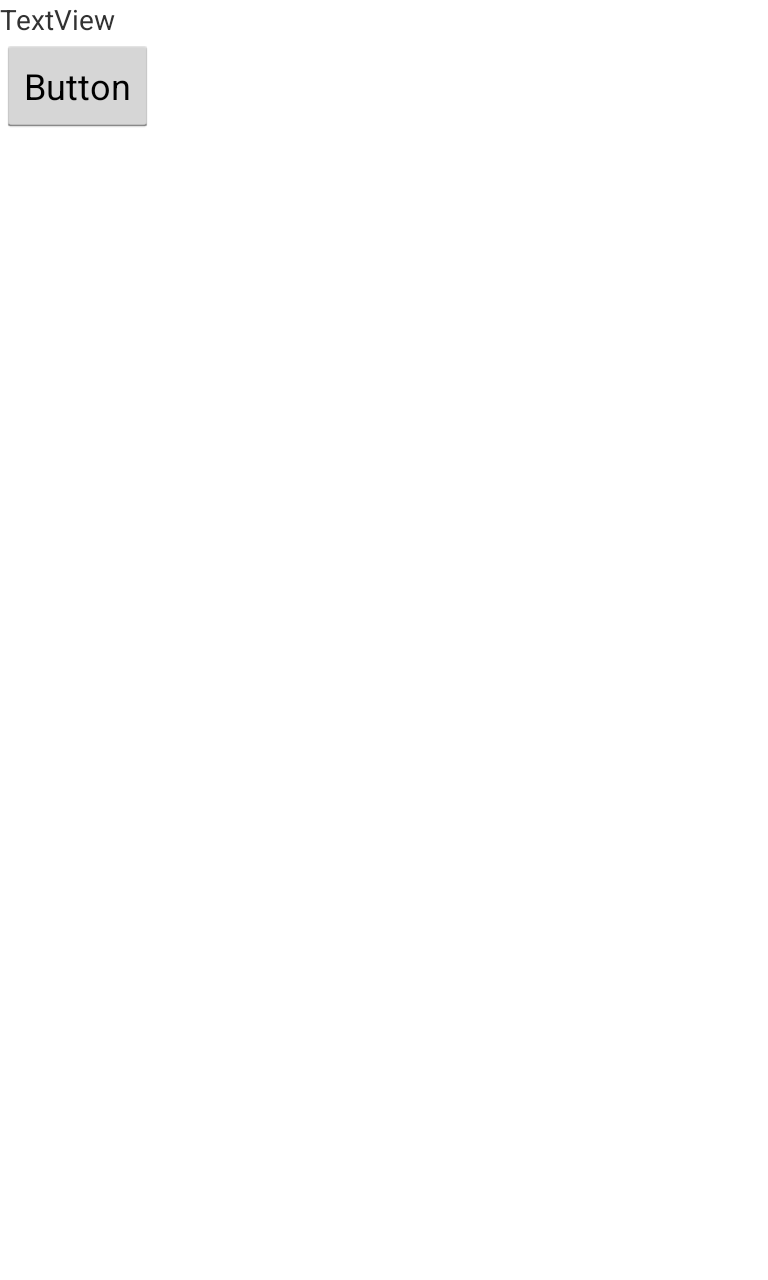
Repository: harsha20011992/Android-Projects
Layout: Sample_fb/res/layout/activity_main.xml
These files come from the project's save history. The layout is drawn as it stood at one moment and after the next save; the edit follows.
Pictures or frames that could not be fetched are drawn as grey boxes. It is drawn on a 768 x 1280 px phone screen (xhdpi) without system bars, with theme AppTheme; the app's code is not run.

Above is the layout before, as saved 2014-10-14 16:47:41.

After the next save:
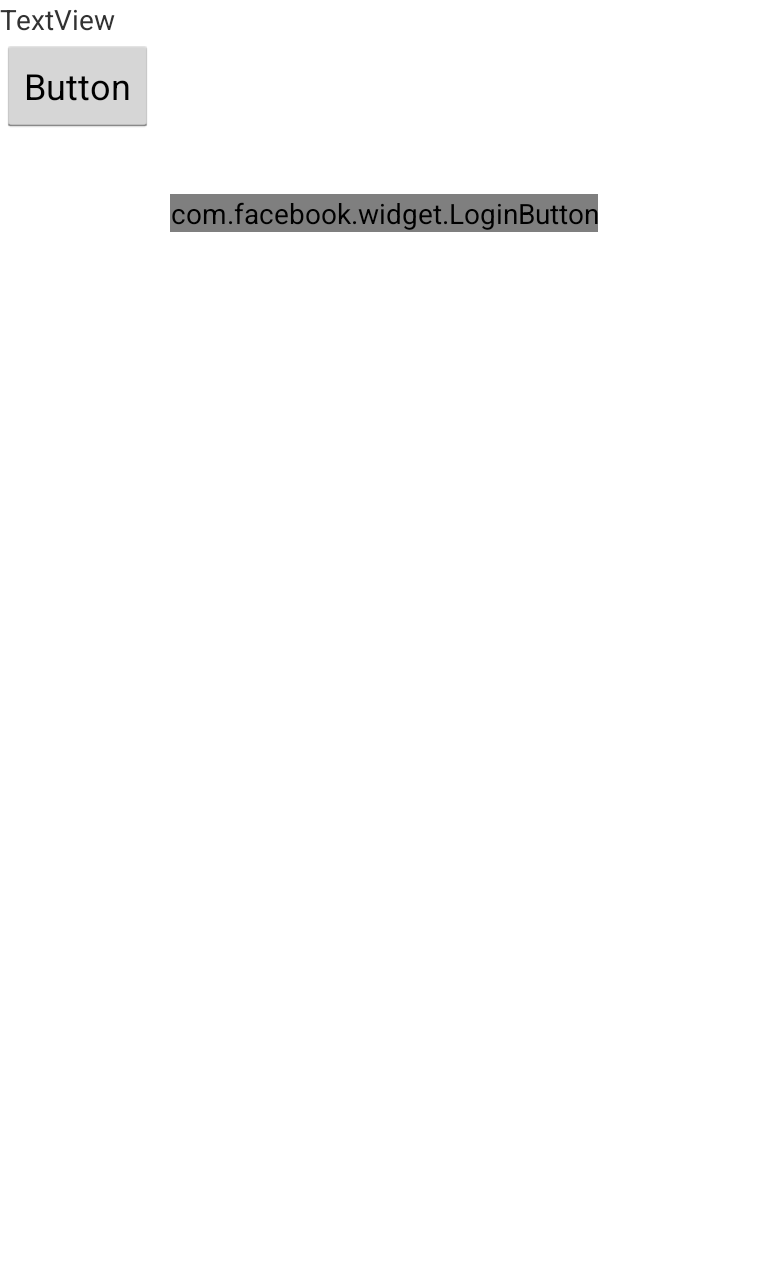
Saved 20 min 9 s later.
--- a/Sample_fb/res/layout/activity_main.xml
+++ b/Sample_fb/res/layout/activity_main.xml
@@ -16,12 +16,12 @@
         android:layout_height="wrap_content"
         android:text="Button" />
 
-   <!-- <com.facebook.widget.LoginButton
+   <com.facebook.widget.LoginButton
         android:id="@+id/authButton"
         android:layout_width="wrap_content"
         android:layout_height="wrap_content"
         android:layout_gravity="center_horizontal"
         android:layout_marginTop="30dp"
-        /> -->
+        />
 
 </LinearLayout>
